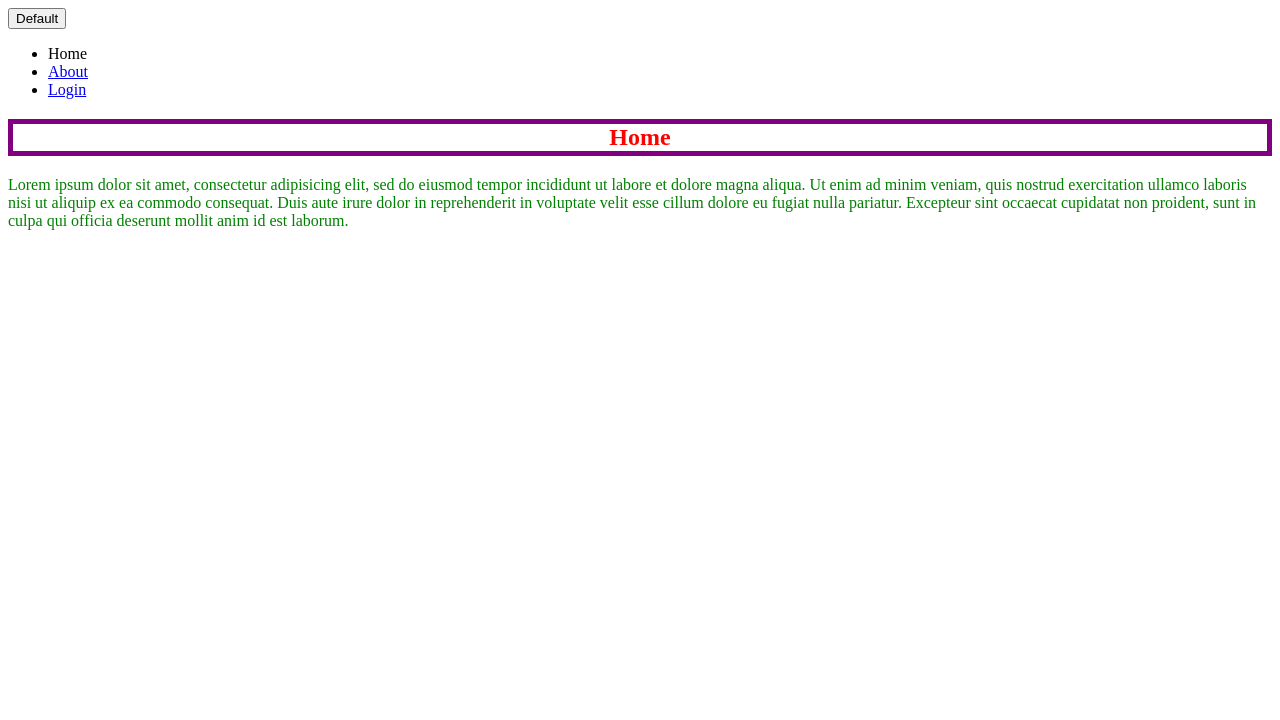
Repository: rileymeye1/ZTM
Page: project_files/index.html
An editor plug-in stored every save of this project. The page is shown before and after the next save, followed by the edit.
The browser window is 1280 px wide. The pictures show the whole page.

Above is the page before, as saved 2024-08-19 16:30:24.

### project_files/index.html

<!DOCTYPE html>
<html>
<head>
  <title>My first website!</title>
  <link rel="stylesheet" type="text/css" href="style.css">
</head>
<body>
  <button class="btn btn-primary">Default</button>
  <header>
    <nav>
      <ul>
        <li>Home</li>
        <li><a href="about.html">About</a></li>
        <li><a href="login.html">Login</a></li>
      </ul>
    </nav>
  </header>
  <section>
    <h2>Home</h2>
    <p>Lorem ipsum dolor sit amet, consectetur adipisicing elit, sed do eiusmod
    tempor incididunt ut labore et dolore magna aliqua. Ut enim ad minim veniam,
    quis nostrud exercitation ullamco laboris nisi ut aliquip ex ea commodo
    consequat. Duis aute irure dolor in reprehenderit in voluptate velit esse
    cillum dolore eu fugiat nulla pariatur. Excepteur sint occaecat cupidatat non
    proident, sunt in culpa qui officia deserunt mollit anim id est laborum.</p>
  </section>
</body>
</html>

### project_files/style.css
/* Selector {
  Property: value;
} */

body {
  background-image: url();
}

h2 {
  color: red;
  text-align: center;
  border: 5px solid purple;
}

p {
  color: pink;
}

p {
  color: green;
}

After the next save:
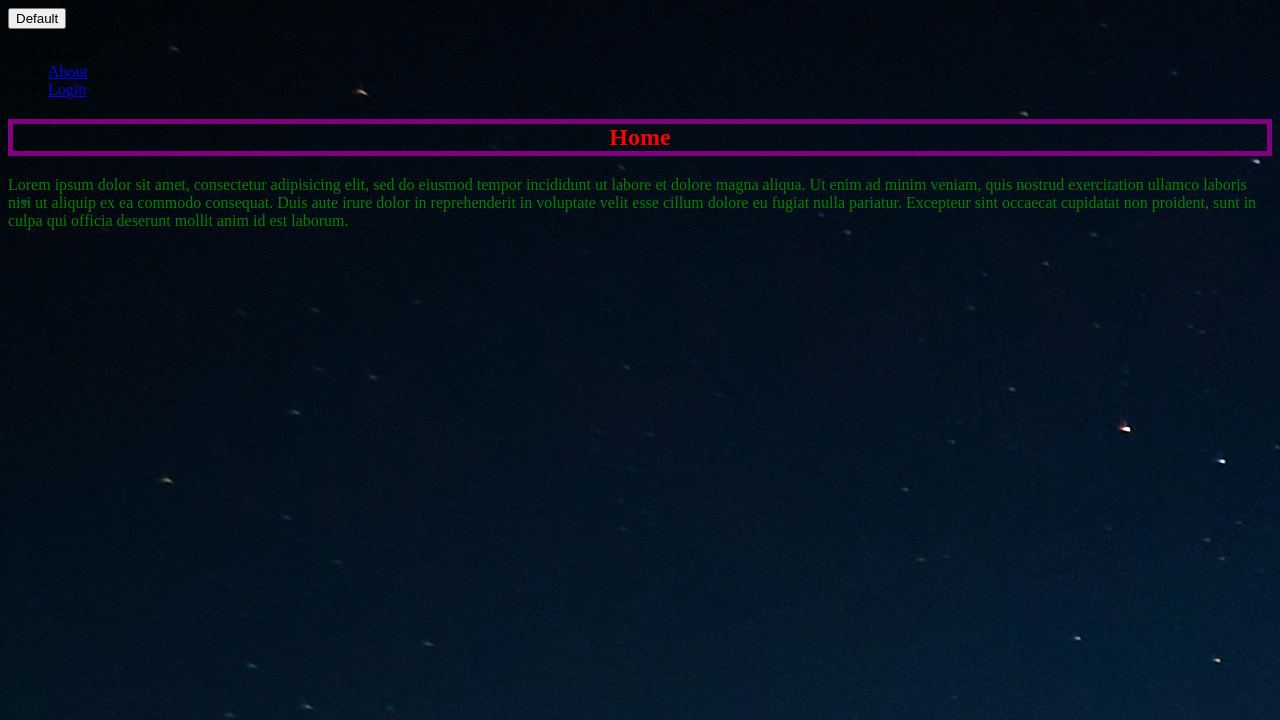
Saved 2 min 0 s later.
--- a/project_files/style.css
+++ b/project_files/style.css
@@ -3,7 +3,7 @@
 } */
 
 body {
-  background-image: url();
+  background-image: url(background.jpg);
 }
 
 h2 {
